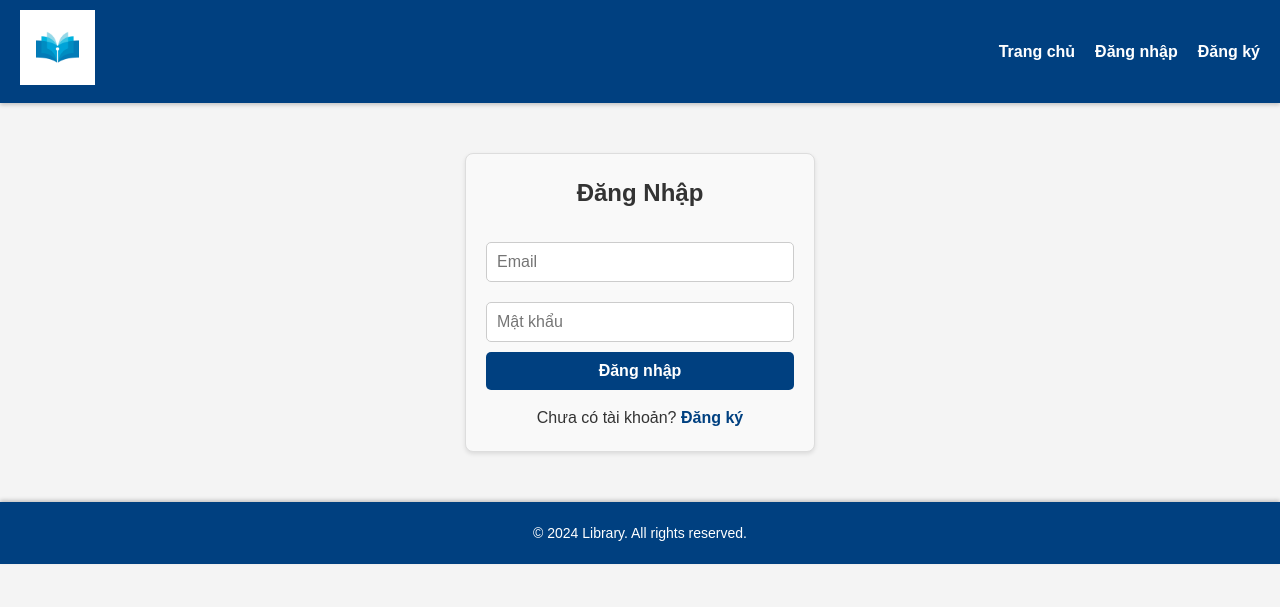
Repository: hoang234176/LapTrinhWeb
Page: http://localhost/Manage_Library/auth/login.jsp
An editor plug-in stored every save of this project. The page is shown before and after the next save, followed by the edit.
The browser window is 1280 px wide. The pictures show the whole page.
The page is served by Tomcat 10. Other server files are loaded and not shown.

Above is the page before, as saved 2024-12-18 09:56:29.

### Manage_Library/src/main/webapp/auth/login.jsp
<%@ page language="java" contentType="text/html; charset=UTF-8"
    pageEncoding="UTF-8"%>
<!DOCTYPE html>
<html>
<head>
	<meta charset="UTF-8">
    <title>Đăng Nhập</title>
    <link rel="stylesheet" href="/Manage_Library/assets/css/style.css">
</head>
<body>
	<jsp:include page = "../includes/header.jsp" />

	<div class="form_login">
		<h2>Đăng Nhập</h2>
		<% String message = (String) request.getAttribute("message"); %>
		<% if (message != null) { %>
		    <div class="login_notify">
		        <%= message %>
		    </div>
		<% } %>
		<form action="/Manage_Library/LoginController" method="post">
			<input type="email" name="email" placeholder="Email" required>
	        <input type="password" name="password" placeholder="Mật khẩu" required>
	        <button type="submit">Đăng nhập</button>
	        <p>Chưa có tài khoản? <a href="register.jsp">Đăng ký</a></p>
		</form>
	</div>

	<jsp:include page = "../includes/footer.jsp" />
</body>
</html>

### Manage_Library/src/main/webapp/includes/header.jsp
<%@ page language="java" contentType="text/html; charset=UTF-8"
    pageEncoding="UTF-8"%>
<!DOCTYPE html>
<html lang="en">
<head>
    <meta charset="UTF-8">
    <meta name="viewport" content="width=device-width, initial-scale=1.0">
    <title>Manage Library</title>
    <link rel="stylesheet" href="/Manage_Library/assets/css/style.css">
</head>
<body>
    <header>
    	<div class="logo">
            <a href="/Manage_Library/index.jsp"><img src="/Manage_Library/assets/images/logo.jpg" alt="Library Logo"></a>
        </div>

        <nav>
            <ul>
                <li><a href="/Manage_Library/index.jsp">Trang chủ</a></li>
                <li><a href="/Manage_Library/auth/login.jsp">Đăng nhập</a></li>
                <li><a href="/Manage_Library/auth/register.jsp">Đăng ký</a></li>
            </ul>
        </nav>
    </header>

### Manage_Library/src/main/webapp/includes/footer.jsp
    <footer>
        <p>&copy; 2024 Library. All rights reserved.</p>
    </footer>
</body>
</html>

### Manage_Library/src/main/webapp/assets/css/style.css
@charset "UTF-8";

/* Reset các thuộc tính mặc định của trình duyệt */
* {
    margin: 0;
    padding: 0;
    box-sizing: border-box;
}

/* Body */
body {
    font-family: Arial, sans-serif;
    line-height: 1.6;
    background-color: #f4f4f4;
    color: #333;
}

/* Header */
header {
    display: flex;
    justify-content: space-between;
    align-items: center;
    background-color: #004080; /* Màu xanh đậm */
    padding: 10px 20px;
    box-shadow: 0 2px 4px rgba(0, 0, 0, 0.2);
}

/* Logo */
header .logo img {
    height: 75px; /* Kích thước của logo */
    width: auto;
}

/* Navigation */
header nav ul {
    list-style: none;
    display: flex;
}

header nav ul li {
    margin-left: 20px; /* Khoảng cách giữa các mục trong navigation */
}

header nav ul li a {
    text-decoration: none;
    color: #ffffff; /* Màu chữ trắng */
    font-size: 16px;
    font-weight: bold;
    transition: color 0.3s ease;
}

header nav ul li a:hover {
    color: #ffd700; /* Màu vàng khi hover */
}

/* Responsive */
@media (max-width: 768px) {
    header {
        flex-direction: column;
        text-align: center;
    }

    header nav ul {
        margin-top: 10px;
        flex-direction: column;
    }

    header nav ul li {
        margin: 5px 0;
    }
}

/* Footer */
footer {
    background-color: #004080; /* Màu nền xanh đậm giống header */
    color: #ffffff; /* Màu chữ trắng */
    text-align: center;
    padding: 15px 20px;
    font-size: 14px;
    margin-top: 20px;
    box-shadow: 0 -2px 4px rgba(0, 0, 0, 0.2);
}

footer p {
    margin: 5px 0; /* Khoảng cách cho dòng chữ */
}

/* Page Login */
/* Form Login Container */
.form_login {
    width: 350px;
    margin: 50px auto; /* Căn giữa form theo chiều ngang và tạo khoảng cách trên */
    padding: 20px;
    background-color: #f9f9f9; /* Màu nền nhẹ */
    border: 1px solid #ddd; /* Đường viền nhẹ */
    border-radius: 8px; /* Bo tròn các góc */
    box-shadow: 0 2px 4px rgba(0, 0, 0, 0.1); /* Đổ bóng nhẹ */
    text-align: center; /* Căn giữa nội dung trong form */
    font-family: Arial, sans-serif;
}

/* Tiêu đề form */
.form_login h2 {
    margin-bottom: 20px;
    color: #333;
    font-size: 24px;
}

/* Input Fields */
.form_login input[type="email"],
.form_login input[type="password"] {
    width: 100%;
    padding: 10px;
    margin: 10px 0;
    border: 1px solid #ccc;
    border-radius: 5px;
    font-size: 16px;
    box-sizing: border-box; /* Không vượt quá chiều rộng container */
}

.form_login input:focus {
    outline: none;
    border-color: #004080; /* Đổi màu viền khi focus */
    box-shadow: 0 0 5px rgba(0, 64, 128, 0.5);
}

/* Submit Button */
.form_login button {
    width: 100%;
    padding: 10px;
    background-color: #004080; /* Màu nền xanh đậm */
    color: #fff; /* Màu chữ trắng */
    font-size: 16px;
    font-weight: bold;
    border: none;
    border-radius: 5px;
    cursor: pointer;
    transition: background-color 0.3s ease;
}

.form_login button:hover {
    background-color: #003060; /* Màu xanh đậm hơn khi hover */
}

/* Link dưới form */
.form_login p {
    margin-top: 15px;
    color: #333;
}

.form_login a {
    color: #004080; /* Màu xanh cho link */
    text-decoration: none;
    font-weight: bold;
}

.form_login a:hover {
    text-decoration: underline; /* Gạch chân khi hover */
}

/* Thông báo đăng nhập thất bại */
.login_notify {
    margin-bottom: 15px;
    padding: 10px;
    background-color: #ffdddd; /* Màu nền đỏ nhạt */
    color: #ff0000; /* Màu chữ đỏ */
    border: 1px solid #ff0000;
    border-radius: 5px;
    font-weight: bold;
    text-align: center;
}


/* Page Register */
/* Form Register Container */
.form_register {
    width: 400px; /* Chiều rộng của form */
    margin: 50px auto; /* Căn giữa theo chiều ngang và tạo khoảng cách trên */
    padding: 25px;
    background-color: #f9f9f9; /* Màu nền nhẹ nhàng */
    border: 1px solid #ddd; /* Viền nhẹ */
    border-radius: 8px; /* Bo tròn các góc */
    box-shadow: 0 4px 8px rgba(0, 0, 0, 0.1); /* Hiệu ứng đổ bóng nhẹ */
    font-family: Arial, sans-serif;
    text-align: center; /* Căn giữa nội dung trong form */
}

/* Tiêu đề của form */
.form_register h2 {
    margin-bottom: 20px;
    color: #333; /* Màu chữ */
    font-size: 24px;
    font-weight: bold;
}

/* Input Fields */
.form_register input[type="text"],
.form_register input[type="email"],
.form_register input[type="password"] {
    width: 100%; /* Chiều rộng full */
    padding: 10px;
    margin: 10px 0;
    border: 1px solid #ccc;
    border-radius: 5px; /* Bo góc cho input */
    font-size: 16px;
    box-sizing: border-box; /* Không vượt quá kích thước container */
}

.form_register input:focus {
    outline: none;
    border-color: #004080; /* Màu xanh đậm khi focus */
    box-shadow: 0 0 5px rgba(0, 64, 128, 0.5); /* Đổ bóng nhẹ */
}

/* Submit Button */
.form_register button {
    width: 100%;
    padding: 10px;
    margin-top: 10px;
    background-color: #004080; /* Màu xanh đậm */
    color: #fff; /* Chữ màu trắng */
    font-size: 16px;
    font-weight: bold;
    border: none;
    border-radius: 5px;
    cursor: pointer; /* Con trỏ chuột */
    transition: background-color 0.3s ease;
}

.form_register button:hover {
    background-color: #003060; /* Màu đậm hơn khi hover */
}

/* Đoạn văn bản và liên kết dưới form */
.form_register p {
    margin-top: 15px;
    color: #333;
    font-size: 14px;
}

.form_register a {
    color: #004080; /* Màu xanh cho liên kết */
    text-decoration: none;
    font-weight: bold;
}

.form_register a:hover {
    text-decoration: underline; /* Gạch chân khi hover */
}


/* Thông báo đăng ký */
.register_notify {
    margin-bottom: 15px;
    padding: 10px;
    background-color: #9bff9b;
    color: #00ff00;
    border: 1px solid #00ff00;
    border-radius: 5px;
    font-weight: bold;
    text-align: center;
}

After the next save:
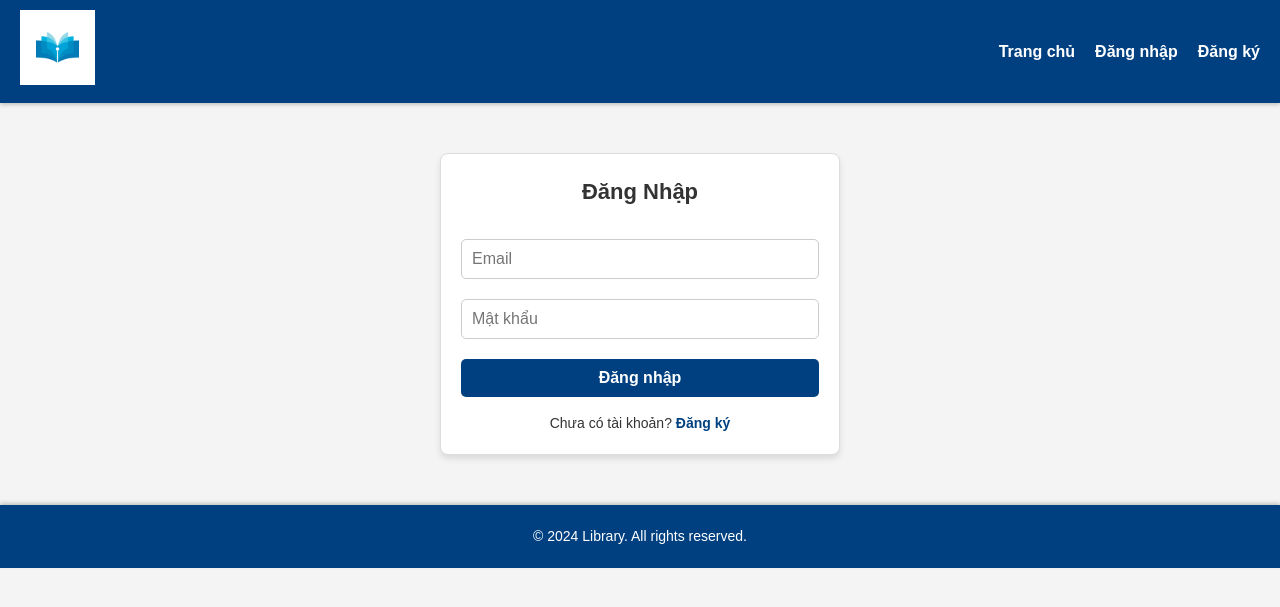
Saved 3 min 19 s later.
--- a/Manage_Library/src/main/webapp/assets/css/style.css
+++ b/Manage_Library/src/main/webapp/assets/css/style.css
@@ -86,50 +86,65 @@ footer p {
 }
 
 /* Page Login */
-/* Form Login Container */
+/* Container chính của form */
 .form_login {
-    width: 350px;
-    margin: 50px auto; /* Căn giữa form theo chiều ngang và tạo khoảng cách trên */
+    width: 400px;
+    margin: 50px auto;
     padding: 20px;
-    background-color: #f9f9f9; /* Màu nền nhẹ */
-    border: 1px solid #ddd; /* Đường viền nhẹ */
-    border-radius: 8px; /* Bo tròn các góc */
-    box-shadow: 0 2px 4px rgba(0, 0, 0, 0.1); /* Đổ bóng nhẹ */
-    text-align: center; /* Căn giữa nội dung trong form */
-    font-family: Arial, sans-serif;
-}
-
-/* Tiêu đề form */
+    background-color: #ffffff; /* Màu nền trắng */
+    border: 1px solid #ddd; /* Viền nhạt */
+    border-radius: 8px; /* Góc bo tròn */
+    box-shadow: 0 4px 6px rgba(0, 0, 0, 0.1); /* Đổ bóng */
+    font-family: Arial, sans-serif;
+    text-align: center;
+}
+
+/* Tiêu đề của form */
 .form_login h2 {
     margin-bottom: 20px;
-    color: #333;
-    font-size: 24px;
-}
-
-/* Input Fields */
+    color: #333; /* Màu chữ tối */
+    font-size: 22px;
+    font-weight: bold;
+}
+
+/* Thông báo (login_notify) */
+.login_notify {
+    margin-bottom: 15px;
+    padding: 12px;
+    background-color: #f8d7da; /* Nền đỏ nhạt */
+    color: #721c24; /* Chữ đỏ đậm */
+    border: 1px solid #f5c6cb; /* Viền đỏ nhạt */
+    border-radius: 5px;
+    font-size: 14px;
+    text-align: center;
+}
+
+/* Trường nhập liệu */
 .form_login input[type="email"],
 .form_login input[type="password"] {
     width: 100%;
     padding: 10px;
     margin: 10px 0;
-    border: 1px solid #ccc;
-    border-radius: 5px;
-    font-size: 16px;
-    box-sizing: border-box; /* Không vượt quá chiều rộng container */
+    border: 1px solid #ccc; /* Viền nhạt */
+    border-radius: 5px;
+    font-size: 16px;
+    box-sizing: border-box;
+    font-family: Arial, sans-serif;
 }
 
 .form_login input:focus {
     outline: none;
-    border-color: #004080; /* Đổi màu viền khi focus */
+    border-color: #004080; /* Viền xanh dương khi focus */
     box-shadow: 0 0 5px rgba(0, 64, 128, 0.5);
 }
 
-/* Submit Button */
+/* Nút bấm đăng nhập */
 .form_login button {
     width: 100%;
     padding: 10px;
-    background-color: #004080; /* Màu nền xanh đậm */
-    color: #fff; /* Màu chữ trắng */
+    margin-top: 10px;
+    background-color: #004080; /* Màu xanh dương */
+    color: #fff; /* Chữ trắng */
     font-size: 16px;
     font-weight: bold;
     border: none;
@@ -139,36 +154,26 @@ footer p {
 }
 
 .form_login button:hover {
-    background-color: #003060; /* Màu xanh đậm hơn khi hover */
-}
-
-/* Link dưới form */
+    background-color: #003060; /* Xanh dương đậm khi hover */
+}
+
+/* Đoạn văn bản dưới form */
 .form_login p {
     margin-top: 15px;
     color: #333;
+    font-size: 14px;
 }
 
 .form_login a {
-    color: #004080; /* Màu xanh cho link */
+    color: #004080;
     text-decoration: none;
     font-weight: bold;
 }
 
 .form_login a:hover {
-    text-decoration: underline; /* Gạch chân khi hover */
-}
-
-/* Thông báo đăng nhập thất bại */
-.login_notify {
-    margin-bottom: 15px;
-    padding: 10px;
-    background-color: #ffdddd; /* Màu nền đỏ nhạt */
-    color: #ff0000; /* Màu chữ đỏ */
-    border: 1px solid #ff0000;
-    border-radius: 5px;
-    font-weight: bold;
-    text-align: center;
-}
+    text-decoration: underline;
+}
+
 
 
 /* Page Register */
